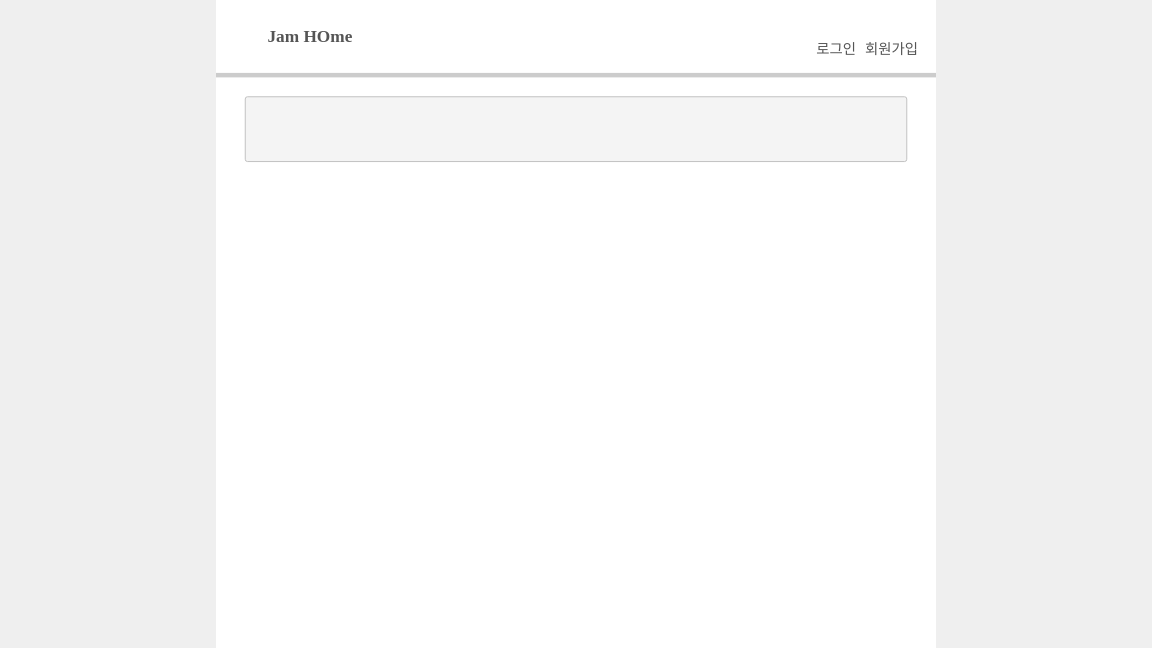
Repository: woals5636/JSPClass
Page: http://localhost/jspPro/days02/ex03.jsp
These files come from the project's save history. The page is drawn as it stood at one moment and after the next save; the edit follows.
The browser window is 1280 px wide. The pictures show the whole page, at 90% of full size.
Some web fonts or font styles are not loaded; a fallback is used. The page is served by Tomcat 9. Other server files are loaded and not shown.

Above is the page before, as saved 2024-10-16 06:15:13.

### jspPro/src/main/webapp/days02/ex03.jsp
<%@ page contentType="text/html; charset=UTF-8" pageEncoding="UTF-8"%>
<!DOCTYPE html>
<html>
<head>
<meta charset="UTF-8">
<title>Insert title here</title>
<link rel="shortcut icon" type="image/x-icon" href="http://localhost/jspPro/images/SiSt.ico">
<script src="https://ajax.googleapis.com/ajax/libs/jquery/3.7.1/jquery.min.js"></script>
<meta name="viewport" content="width=device-width, initial-scale=1.0">
<meta name="google" content="notranslate">
<link rel="stylesheet" href="http://localhost/jspPro/resources/cdn-main/example.css">
<script src="http://localhost/jspPro/resources/cdn-main/example.js"></script>
<style>
 span.material-symbols-outlined{
    vertical-align: text-bottom;
 }
</style>
</head>
<body>
<header>
  <h1 class="main"><a href="#" style="position: absolute;top:30px;">Jam HOme</a></h1>
  <ul>
    <li><a href="#">로그인</a></li>
    <li><a href="#">회원가입</a></li>
  </ul>
</header>
<div>
  <xmp class="code">

  </xmp>
</div>
</body>
</html>

### jspPro/src/main/webapp/resources/cdn-main/example.css
@charset "UTF-8";

@import url('https://fonts.googleapis.com/css2?family=Material+Symbols+Outlined:opsz,wght,FILL,GRAD@20..48,100..700,0..1,-50..200');

@font-face {
    font-family: 'GmarketSansMedium';
    src: url('https://cdn.jsdelivr.net/gh/projectnoonnu/noonfonts_2001@1.1/GmarketSansMedium.woff') format('woff');
    font-weight: normal;
    font-style: normal;
}

:root {
	--text-color: #555;
	--sub-text-color: #777;
	--back-color: #EFEFEF;
	--header-color: #444;
	--primary-color: #DEDEDE;
	--secondary-color: #EFEFEF;
	--default-width: 800px;
	--narrow-width: 500px;
	--wide-width: 1200px;
	--text-font: 'GmarketSansMedium';
	--icon-font: 'Material Symbols Outlined';
	--border-color: #CCC;
}

html, body {
	margin: 0;
	padding: 0;
}

html {
	background-color: var(--back-color);
	display: flex;
	justify-content: center;
	min-height: 100vh;
}

body, body.default {
	width: var(--default-width);
	background-color: white;
	padding-bottom: 120px;
}

body.wide {
	width: var(--wide-width);
}

body.narrow {
	width: var(--narrow-width);
}



body, p, div, span, a, input, select, option, textarea, button, table, th, td, label, fieldset, legend {
	font-family: var(--text-font);
	color: var(--text-color);
}

h1, h2, h3 {
	font-family: var(--text-font);
	color: var(--header-color);
	padding: 0 1rem;
	padding-top: .5rem;
}

div > h1, div > h2, div > h3 {
	padding: 0;
}

body > div, body > main > div {
	padding: 0.3rem 1rem;
}


h1 { font-size: 2rem; border-bottom: 1px solid var(--border-color); }
h1 small { font-size: 1.2rem; color: var(--sub-text-color); }
h2 { font-size: 1.5rem; border-bottom: 1px dashed var(--border-color); }
h2 small { font-size: 1.1rem; color: --sub-text-color; }
h3 { font-size: 1.2rem; }
h3 small { font-size: 1rem; color: --sub-text-color; }



h1.main::before {
	font-family: var(--icon-font);
  	content: '\e666';
  	margin-right: 10px;
  	float: left;
	font-size: 2.5rem;
}

h1.sub::before {
	font-family: var(--icon-font);
  	content: '\ea19';
  	margin-right: 10px;
  	float: left;
	font-size: 2.5rem;
}


h1.page::before {
	font-family: var(--icon-font);
  	content: '\e0e0';
  	margin-right: 10px;
  	float: left;
	font-size: 2.5rem;
}

body > header > ul > li > .active{
	background-color: #FFF;
	color:#F00;
}

body > header {
	display: flex;
	justify-content: space-between;
	border-bottom: 5px solid var(--border-color);
	min-height: 74px;
	background-color: #FFF;
}

body > header.sticky {
	position: sticky;
	top: 0;
	z-index: 98;
}

body > header > h1 {
	font-size: 1.2rem;
	border: 0;
}

body > header.in > h1::before {
	font-family: var(--icon-font);
  	content: '\e332‥';
  	margin-right: 3px;
  	float: left;
	font-size: 2rem;
}


body > header > ul {
	list-style-type: none;
	display: flex;
	align-items: flex-end;
	margin-right: 10px;
}

body > header > ul > li {
	margin-right: 10px;
	cursor: pointer;
}

body > header > ul > li > a {
	cursor: pointer;
}


form {
	display: block;
}

form > div {
	padding: 0.3rem 1rem;
}

div > form > div {
	padding: 0.3rem 0;
}

input, textarea, button, select {
	border: 1px solid #BBB;
	border-radius: 3px;
	outline: none;
	resize: none;
	padding: 7px;
	margin: 0;
}

input[type=text]:read-only, textarea:read-only {
	cursor: not-allowed;
	background-color: #FFF;
}

input[type=text]:disabled, textarea:disabled {
	cursor: not-allowed;
	background-color: #EEE;
}

input[type=text], input[type=password], textarea, button, select {
	/* width: 300px; */
}

textarea {
	display: block;
	height: 100px;
}

input[type=button], input[type=submit], button {
	/* width: inherit; */
}

input.short, textarea.short, button.short, select.short {
	width: 100px;
}

input.long, textarea.long, button.long, select.long {
	width: 350px;
}

.narrow input.long, .narrow textarea.long, .narrow button.long, .narrow select.long {
	width: calc(100% - 20px);
}

input.full, textarea.full, button.full, select.full {
	width: calc(100% - 20px);
}

textarea.short {
	height: 50px;
}

textarea.long {
	height: 100px;
}

textarea.full {
	height: 200px;
}

input, textarea {
	padding-top: 8px;
}

input[type=button], input[type=submit], button {
	padding: 5px 10px;
	background-color: var(--secondary-color);
	cursor: pointer;
	min-height: 36px;
}

input[type=button].primary, input[type=submit].primary, button.primary {
	/* background-color: rgba(100, 149, 237, .2); */
	background-color: var(--primary-color);
}

input[type=button].primary:hover, input[type=submit].primary:hover, button.primary:hover {
	/* background-color: rgba(100, 149, 237, .3); */
	background-color: var(--secondary-color);
}

input[type=button]:hover, input[type=submit]:hover, button:hover {
	background-color: var(--primary-color);
}

button {
	position: relative;
	left: 0;
	top: 0;
	padding-left: 35px;
}

button .material-symbols-outlined {
	position: absolute;
	left: 10px;
	top: 4px;
}

/* k2nik add */
button.login::before {
	font-family: var(--icon-font);
  	content: '\ea77';
	position: absolute;
	left: 11px;
	top: 4px;
	font-size: 1.25rem;
}

/* k2nik logout */
button.logout::before {
	font-family: var(--icon-font);
  	content: '\e9ba';
	position: absolute;
	left: 11px;
	top: 4px;
	font-size: 1.25rem;
}

/* k2nik help */
button.help::before {
	font-family: var(--icon-font);
  	content: '\f1c0';
	position: absolute;
	left: 11px;
	top: 4px;
	font-size: 1.25rem;
}

button.add::before{
	font-family: var(--icon-font);
  	content: '\e746';
	position: absolute;
	left: 11px;
	top: 4px;
	font-size: 1.25rem;
}

button.back::before {
	font-family: var(--icon-font);
  	content: '\e166';
	position: absolute;
	left: 11px;
	top: 4px;
	font-size: 1.25rem;
}

button.list::before {
	font-family: var(--icon-font);
  	content: '\e0ee';
	position: absolute;
	left: 11px;
	top: 4px;
	font-size: 1.25rem;
}


button.del::before {
	font-family: var(--icon-font);
  	content: '\e872';
	position: absolute;
	left: 11px;
	top: 4px;
	font-size: 1.25rem;
}


button.edit::before {
	font-family: var(--icon-font);
  	content: '\e745';
	position: absolute;
	left: 11px;
	top: 4px;
	font-size: 1.25rem;
}


button.login::before {
	font-family: var(--icon-font);
  	content: '\ea77';
	position: absolute;
	left: 11px;
	top: 4px;
	font-size: 1.25rem;
}


button.logout::before {
	font-family: var(--icon-font);
  	content: '\e9ba';
	position: absolute;
	left: 11px;
	top: 4px;
	font-size: 1.25rem;
}


button.in::before {
	font-family: var(--icon-font);
  	content: '\f71a';
	position: absolute;
	left: 11px;
	top: 4px;
	font-size: 1.25rem;
}


button.out::before {
	font-family: var(--icon-font);
  	content: '\f70e';
	position: absolute;
	left: 11px;
	top: 4px;
	font-size: 1.25rem;
}


button.reply::before {
	font-family: var(--icon-font);
  	content: '\e15e';
	position: absolute;
	left: 11px;
	top: 4px;
	font-size: 1.25rem;
}


button.comment::before {
	font-family: var(--icon-font);
  	content: '\e0b9';
	position: absolute;
	left: 11px;
	top: 4px;
	font-size: 1.25rem;
}


button.modal::before {
	font-family: var(--icon-font);
  	content: '\e89e';
	position: absolute;
	left: 11px;
	top: 4px;
	font-size: 1.25rem;
}


button.ok::before {
	font-family: var(--icon-font);
  	content: '\e86c';
	position: absolute;
	left: 11px;
	top: 4px;
	font-size: 1.25rem;
}


button.cancel::before {
	font-family: var(--icon-font);
  	content: '\e5c9';
	position: absolute;
	left: 11px;
	top: 4px;
	font-size: 1.25rem;
}

button.search::before {
	font-family: var(--icon-font);
  	content: '\e8b6';
	position: absolute;
	left: 11px;
	top: 4px;
	font-size: 1.25rem;
}

button.home::before {
	font-family: var(--icon-font);
  	content: '\e88a';
	position: absolute;
	left: 11px;
	top: 4px;
	font-size: 1.25rem;
}


button.sidebar::before {
	font-family: var(--icon-font);
  	content: '\f7e4';
	position: absolute;
	left: 11px;
	top: 4px;
	font-size: 1.25rem;
}


button.sidebar-right::before {
	font-family: var(--icon-font);
  	content: '\f7e5';
	position: absolute;
	left: 11px;
	top: 4px;
	font-size: 1.25rem;
}




button::before {
	font-family: var(--icon-font);
  	content: '\e323';
	position: absolute;
	left: 11px;
	top: 4px;
	font-size: 1.25rem;
}


table {
	border-collapse: collapse;
	margin: 1rem;
	box-sizing: border-box;
	width: calc(100% - 32px);
}

table.content {
	width: auto;
}

div > table {
	margin: 0;
}

table th, table td {
	border: 1px solid var(--border-color);
	padding: 7px;
	font-weight: normal;
}

table th {
	background-color: var(--back-color);
}

table.vertical th {
	width: 150px;
}

table.vertical td {
	width: calc(100% - 182px);
	padding-left: 10px;
}

table.content td, table.content th {
	width: auto;
}

body.narrow table.vertical th {
	width: 100px;
}

body.narrow table.vertical td {
	width: calc(100% - 182px);
}


table + table {
	margin-top: 30px;
}


p {
	padding: 0 1rem;
}

a {
	text-decoration: none;
}

a:hover {
	color: rgba(255, 99, 71, .7);
}

hr {
	border: 0;
	border-top: 1px solid var(--border-color);
	margin: 2rem 0;
}

.message {
	border: 1px solid var(--border-color);
	background-color: #EFEFEF;
	margin: 1rem;
	width: auto;
	padding-top: 10px;
	padding-bottom: 10px;
	font-size: 14px;
}

.message[title]::before {
	content: attr(title);
	display: block;
	border-bottom: 1px solid var(--border-color);
	padding-bottom: 5px;
	margin-bottom: 10px;
	margin-top: 7px;
}

.message.short {
	max-width: 250px;
}

.message.long {
	max-width: 500px;
}

.badge {
	float: right;
	font-size: .8rem;
	margin-top: 2px;
	margin-right: 2px;
	text-shadow: 0 0 7px gray;
}

.badge.left {
	float: none;
	margin-left: 2px;
}

.badge.right {
	float: right;
}

.badge.red {
	border-radius: 50%;
	padding: 2px 5px;
	background-color: rgb(255, 99, 71, .3);
}

.badge.yellow {

	border-radius: 50%;
	padding: 2px 5px;
	background-color: rgb(255, 215, 0, .5);
}

.badge.blue {
	border-radius: 50%;
	padding: 2px 5px;
	background-color: rgb(100, 149, 237, .3);
}

label + label {
	margin-left: 7px;
}

label input[type=checkbox], label input[type=radio] {
	transform: translate(0, 1px);
}

.group {
	display: flex;
}

.modal-content .group {
	margin-bottom: .5rem;
}

.group label {
	border: 1px solid #BBB;
	border-radius: 3px;
	outline: none;
	resize: none;
	padding: 7px 14px;
	margin: 0;
	border-top-right-radius: 0;
	border-bottom-right-radius: 0;
	background-color: #EFEFEF;
	white-space: nowrap;
	font-size: 14px;
}

.group input[type=text] {
	margin-left: -1px;
	border-top-left-radius: 0;
	border-bottom-left-radius: 0;
}

.group select {
	margin-left: -1px;
	border-top-left-radius: 0;
	border-bottom-left-radius: 0;
}

.group input.full[type=text] {
	margin-left: -1px;
	border-top-left-radius: 0;
	border-bottom-left-radius: 0;
	width: 100%;
}

.group input[type=button]:first-child, .group button:first-child {
	border-top-left-radius: 3px;
	border-bottom-left-radius: 3px;
	margin-left: 0px;
}

.group input[type=button], .group button {
	border-radius: 0;
	margin-left: -1px;
}

.group input[type=button]:last-child, .group button:last-child {
	margin-left: -1px;
	border-top-right-radius: 3px;
	border-bottom-right-radius: 3px;
}

.seperate {
	display: flex;
	justify-content: space-between;
}

div.list {
	width: max-content;
	margin: 1rem;
	border: 1px solid #BBB;
	border-radius: 3px;
	padding: 0;
}

div.list.full {
	width: auto;
	display: block;
	margin: 1rem;
	border: 1px solid #BBB;
	border-radius: 3px;
	padding: 0;
}

div.list > div {
	padding: .5rem 1rem;
	margin: 0;
	border-bottom: 1px solid #BBB;
}

div.list > div:last-child {
	border-bottom: 0;
}

pre.code , xmp.code{
	font-family: consols;
	background-color: rgba(150, 150, 150, .1);
	border: 1px solid #BBB;
	border-radius: 3px;
	padding: .5rem 1rem;
	padding-bottom: .6rem;
	margin: 1rem;
}




*[data-modal-window] {
	position: fixed;
	background-color: rgba(0, 0, 0, .3);
	left: 0;
	top: 0;
	display: none;
	justify-content: center;
	align-items: flex-start;
	width: 100%;
	min-height: 100vh;
	z-index: 100;
	opacity: 0;
	transition: 500ms all;
}

*[data-modal-window] .modal-container {
	border-radius: 5px;
	padding: 1rem;
	padding-bottom: .5rem;
	margin-top: -500px;
	opacity: 0;
	width: 500px;
	background-color: #FFF;
	margin-right: 2rem;
	transition: 500ms all;
}

*[data-modal-size=content] .modal-container {
	width: auto;
}

*[data-modal-size=narrow] .modal-container {
	width: 300px;
}

*[data-modal-size=wide] .modal-container {
	width: 760px;
}


*[data-modal-window] .modal-header {
	border-bottom: 1px solid var(--border-color);
	padding: 2px 5px;
}

*[data-modal-window] .modal-content {
	padding: 1rem 5px;
}

*[data-modal-window] .modal-content div:last-child {
	margin-top: 1rem;
	text-align: right;
}



*[data-sidebar-window] {
	position: fixed;
	background-color: #FFF;
	left: 0;
	top: 0;
	display: block;
	width: 300px;
	border-right: 1px solid var(--border-color);
	box-sizing: border-box;
	box-shadow: 0 0 3px var(--back-color);
	min-height: 100vh;
	z-index: 99;
	transform: translate(-300px, 0);
	transition-duration: 500ms;
	transition-property: transform;
}

*[data-sidebar-direction=right] {
	left: auto;
	right: 0;
	transform: translate(300px, 0);
	border-left: 1px solid var(--border-color);
}

*[data-sidebar-size=wide] {
	width: 500px;
	transform: translate(-500px, 0);
}

*[data-sidebar-window] .sidebar-title {
	border-bottom: 1px solid var(--border-color);
	margin-top: 20px;
	margin-bottom: 20px;
	padding-bottom: 5px;
	display: flex;
	justify-content: space-between;
}

*[data-sidebar-window] .sidebar-title span:last-child {
	cursor: pointer;
}


/* K2Nik pagination */
.center {
  text-align: center;
}

.pagination {
  display: inline-block;
}

.pagination a {
  color: black;
  float: left;
  padding: 3px 6px;
  text-decoration: none;
  transition: background-color .3s;
  border: 1px solid #ddd;
  margin: 0 3px;
}

.pagination a.active {
  background-color: #4CAF50;
  color: white;
  border: 1px solid #4CAF50;
}

.pagination a:hover:not(.active) {background-color: #ddd;}

### jspPro/src/main/webapp/resources/cdn-main/example.js

window.onload = () => {

    const list = document.querySelectorAll('input, textarea');

    list.forEach(item => {
        item.setAttribute('autocomplete', 'off');
    });


    const modal_btn_list = document.querySelectorAll('*[data-modal-button]');

    modal_btn_list.forEach(item => {
        item.onclick = function() {

            const name = this.dataset['modalButton'];
            const modal_window = document.querySelector('*[data-modal-window=' + name);

            const container = document.createElement('div');
            container.className = 'modal-container';



            const modal_header = document.createElement('div');
            modal_header.textContent = modal_window.dataset['modalTitle'];
            modal_header.className = 'modal-header';
            container.appendChild(modal_header);

            const modal_content = document.createElement('div');
            modal_content.className = 'modal-content';
            container.appendChild(modal_content);

            Array.from(modal_window.childNodes).forEach(item => {
                modal_content.appendChild(item);
            });

            modal_window.appendChild(container);

            modal_window.style.display = 'flex';

            setTimeout(() => {
                modal_window.style.opacity = 1;
                container.style.marginTop = '20px';
                container.style.opacity = 1;
            }, 50);


            const modal_ok = document.querySelector('*[data-modal-ok=' + name);
            modal_ok.addEventListener('click', function() {
                modal_window.style.opacity = 0;
                container.style.marginTop = '-500px';
                container.style.opacity = 0;

                setTimeout(() => {
                    modal_window.innerHTML = modal_content.innerHTML;
                    modal_window.style.display = 'none';
                }, 500);

            });

            const modal_cancel = document.querySelector('*[data-modal-cancel=' + name);
            modal_cancel.addEventListener('click', function() {

                modal_window.style.opacity = 0;
                container.style.marginTop = '-500px';
                container.style.opacity = 0;

                setTimeout(() => {
                    modal_window.innerHTML = modal_content.innerHTML;
                    modal_window.style.display = 'none';
                }, 500);
            });


        };
    });


    const sidebar_btn_list = document.querySelectorAll('*[data-sidebar-button]');

    sidebar_btn_list.forEach(item => {
        item.onclick = function() {



            const name = this.dataset['sidebarButton'];
            const sidebar_window = document.querySelector('*[data-sidebar-window=' + name);

            if (sidebar_window.style.transform == 'translate(0px, 0px)') return;



            sidebar_window.style.transform = 'translate(0, 0)';

            const sidebar_title = document.createElement('div');
            sidebar_title.className = 'sidebar-title';
            sidebar_title.innerHTML = '<span>' + sidebar_window.dataset['sidebarTitle'] + '</span><span class="material-symbols-outlined">close</span>';

            sidebar_title.children[1].onclick = function() {

                let sign = 1;
                let distance = 300;

                if (sidebar_window.dataset['sidebarDirection'] != 'right') {
                    sign = -1;
                } else {
                    sign = 1;
                }

                if (sidebar_window.dataset['sidebarSize'] != 'wide') {
                    distance = 300;
                } else {
                    distance = 500;
                }

                distance *= sign;

                sidebar_window.style.transform = 'translate(' + distance + 'px, 0)';

                setTimeout(function() {
                    sidebar_window.removeChild(sidebar_window.children[0]);
                }, 500);
            };


            sidebar_window.prepend(sidebar_title);

        }
    });

};

// window.onkeydown = function(event) {

//     if (event.keyCode == 27) {
//         if (document.querySelector('[data-modal-window').style.display == 'flex') {
//             document.querySelector('[data-modal-window').style.display = 'none';
//         }
//     }

// };

After the next save:
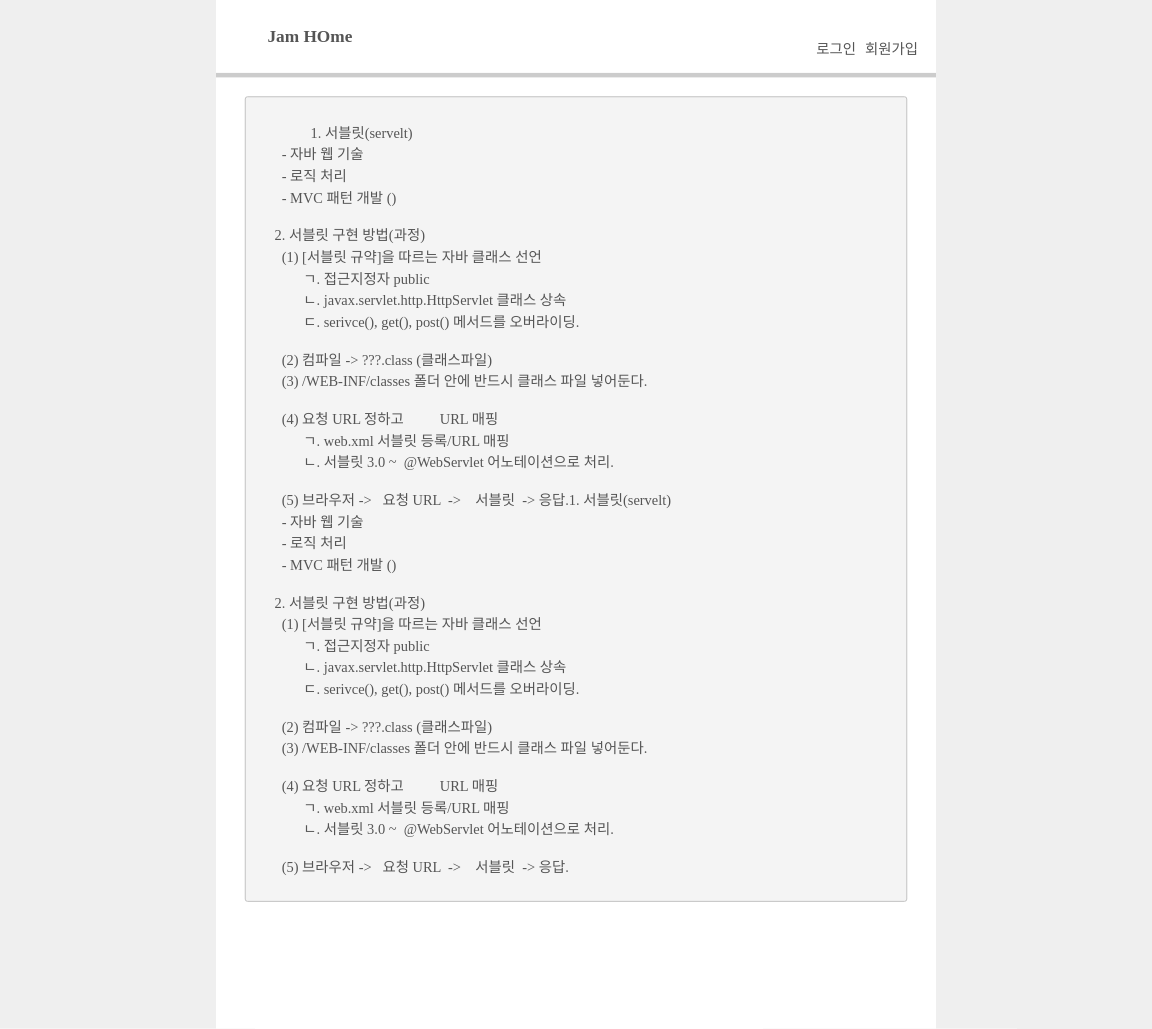
Saved 8 min 7 s later.
--- a/jspPro/src/main/webapp/days02/ex03.jsp
+++ b/jspPro/src/main/webapp/days02/ex03.jsp
@@ -26,7 +26,43 @@
 </header>
 <div>
   <xmp class="code">
+              1. 서블릿(servelt)
+      - 자바 웹 기술
+      - 로직 처리
+      - MVC 패턴 개발 ()
 
+    2. 서블릿 구현 방법(과정)
+      (1) [서블릿 규약]을 따르는 자바 클래스 선언
+            ㄱ. 접근지정자 public
+            ㄴ. javax.servlet.http.HttpServlet 클래스 상속
+            ㄷ. serivce(), get(), post() 메서드를 오버라이딩.
+
+      (2) 컴파일 -> ???.class (클래스파일)
+      (3) /WEB-INF/classes 폴더 안에 반드시 클래스 파일 넣어둔다.
+
+      (4) 요청 URL 정하고          URL 매핑
+            ㄱ. web.xml 서블릿 등록/URL 매핑
+            ㄴ. 서블릿 3.0 ~  @WebServlet 어노테이션으로 처리.
+
+      (5) 브라우저 ->   요청 URL  ->    서블릿  -> 응답.1. 서블릿(servelt)
+      - 자바 웹 기술
+      - 로직 처리
+      - MVC 패턴 개발 ()
+
+    2. 서블릿 구현 방법(과정)
+      (1) [서블릿 규약]을 따르는 자바 클래스 선언
+            ㄱ. 접근지정자 public
+            ㄴ. javax.servlet.http.HttpServlet 클래스 상속
+            ㄷ. serivce(), get(), post() 메서드를 오버라이딩.
+
+      (2) 컴파일 -> ???.class (클래스파일)
+      (3) /WEB-INF/classes 폴더 안에 반드시 클래스 파일 넣어둔다.
+
+      (4) 요청 URL 정하고          URL 매핑
+            ㄱ. web.xml 서블릿 등록/URL 매핑
+            ㄴ. 서블릿 3.0 ~  @WebServlet 어노테이션으로 처리.
+
+      (5) 브라우저 ->   요청 URL  ->    서블릿  -> 응답.
   </xmp>
 </div>
 </body>
